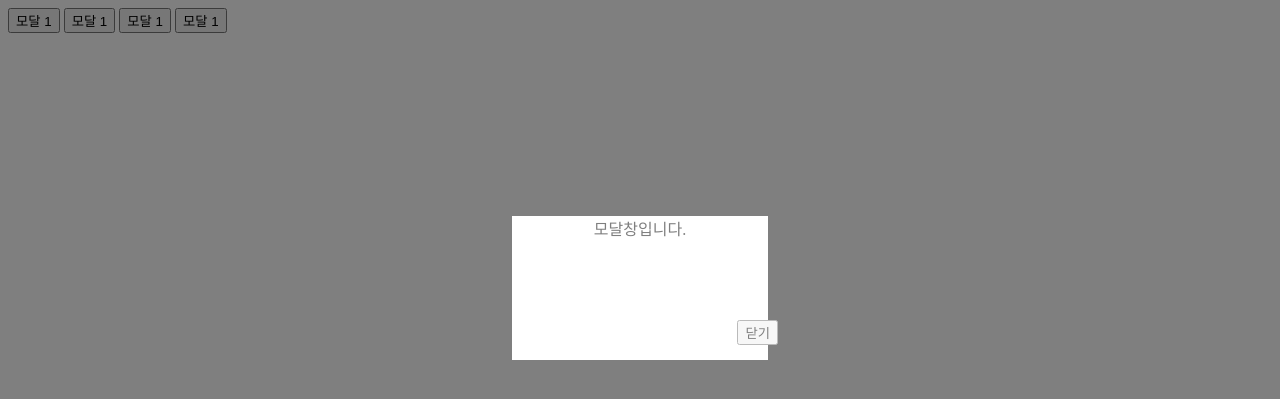
Repository: leetaehyeon123/SpringBaseSources
Page: http://localhost/modal/
An editor plug-in stored every save of this project. The page is shown before and after the next save, followed by the edit.
The browser window is 1280 px wide. The pictures show the whole page.
The page is served by Tomcat 9. Other server files are loaded and not shown.

Above is the page before, as saved 2020-09-01 02:30:45.

### 모달창 소스코드/modal/modal/src/main/webapp/WEB-INF/views/modal.jsp
<%@ page language="java" contentType="text/html; charset=UTF-8"
    pageEncoding="UTF-8"%>
<!DOCTYPE html>
<html>
<head>
<meta charset="UTF-8">
<title>Insert title here</title>
<script type="text/javascript">
function mo1(){

}
function c1(){

}

</script>
</head>
<body>


<input type="button" value="모달 1" onclick="mo1()">
<input type="button" value="모달 1" onclick="modal1()">
<input type="button" value="모달 1" onclick="modal1()">
<input type="button" value="모달 1" onclick="modal1()">




	<div class="modal1,modal"  style="width: 100% ; height: 100vh ; background-color: black; position: fixed; left: 0px; top:0px; opacity: 0.5;">
		<div class="modal1Div" style="width: 20%; height: 20vh; background-color: white; margin: 30vh auto; ">
				<div	 style="height: 70%; width: 100%; text-align: center;">
							<p>모달창입니다.</p>
				</div>
				<div 	style="width: 100%; text-align: right; padding: 3px 10px;">
						<input type="button" value="닫기">
				</div>
		</div>


	</div>
</body>
</html>

After the next save:
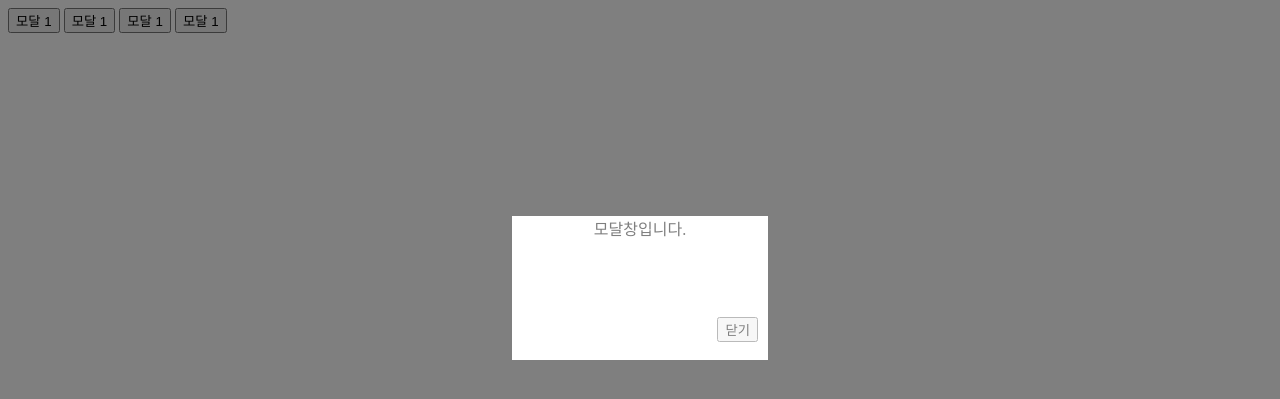
Saved 46 s later.
--- a/모달창 소스코드/modal/modal/src/main/webapp/WEB-INF/views/modal.jsp
+++ b/모달창 소스코드/modal/modal/src/main/webapp/WEB-INF/views/modal.jsp
@@ -31,8 +31,8 @@ function c1(){
 				<div	 style="height: 70%; width: 100%; text-align: center;">
 							<p>모달창입니다.</p>
 				</div>
-				<div 	style="width: 100%; text-align: right; padding: 3px 10px;">
-						<input type="button" value="닫기">
+				<div 	style="width: 100%; text-align: right; ">
+						<input type="button" value="닫기" style="margin-right: 10px;">
 				</div>
 		</div>
 
